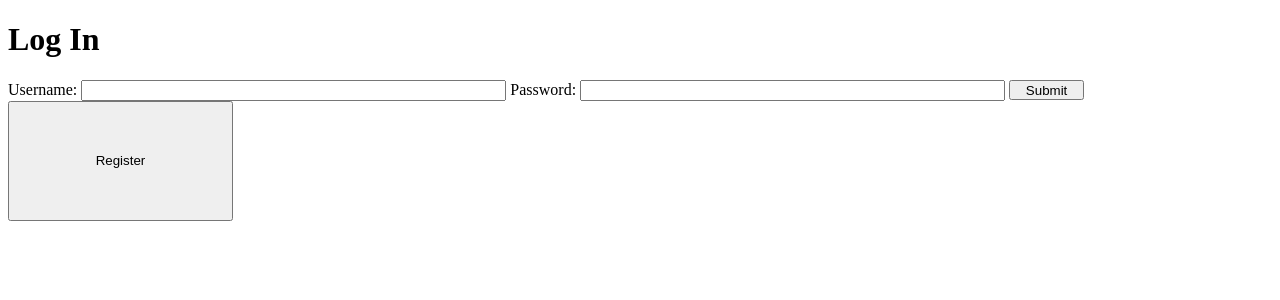
Repository: HamdanM/DatabaseProject
Page: http://localhost/DB3/
The author's editor kept a copy of each file at every save. The page is drawn from the files as they stood at one save, then again after the next save.
The browser window is 1280 px wide. The pictures show the whole page.
The page is served by Tomcat 9.

Above is the page before, as saved 2019-07-25 16:18:31.

After the next save:
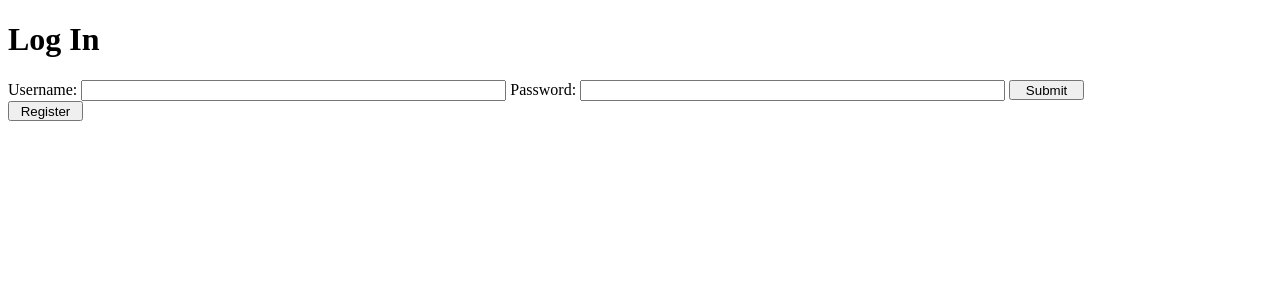
Saved 19 s later.
--- a/DB3/WebContent/login.jsp
+++ b/DB3/WebContent/login.jsp
@@ -29,7 +29,7 @@
     </form>
       <form action="register.jsp"
           method="post" class="tab">
-       <input style="height:120px;width:225px" type=
+       <input style="height:20px;width:75px" type=
         "submit" name="submit" value=
         "Register" />
 </form>
